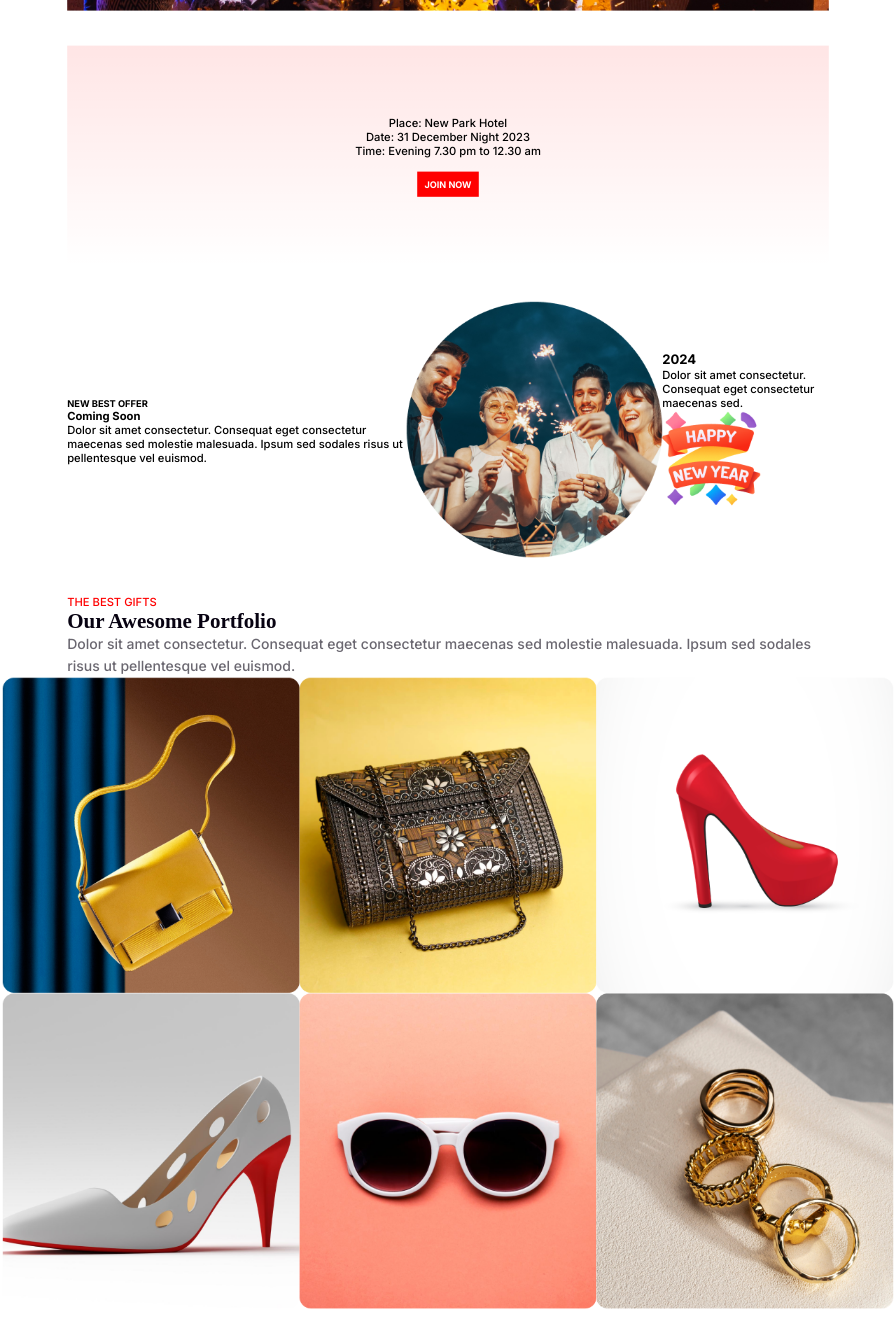
Repository: sumonkumarsarkar/new-year-2024
Page: index.html
These files come from the project's save history. The page is drawn as it stood at one moment and after the next save; the edit follows.
The browser window is 1280 px wide. The pictures show the part of the page from y = 2003 to 3923 px (the page is 3923 px tall before and 3721 px after), at 70% of full size.

Above is the page before, as saved 2024-01-08 13:19:22.

### index.html
<!DOCTYPE html>
<html lang="en">
  <head>
    <meta charset="UTF-8" />
    <meta name="viewport" content="width=device-width, initial-scale=1.0" />
    <title>Happy Nwe Year-2024</title>
    <link rel="preconnect" href="https://fonts.googleapis.com" />
    <link rel="preconnect" href="https://fonts.gstatic.com" crossorigin />
    <link
      href="https://fonts.googleapis.com/css2?family=Inter:wght@100;200;300;500;600;700&display=swap"
      rel="stylesheet"
    />
    <link rel="stylesheet" href="/style.css" />
  </head>
  <body>
    <!-- banner-section start  -->
    <header>
      <div class="container banner">
        <div class="heading-text">
          <h4>Happy New Year</h4>
          <h3>New Year Party Celebration</h3>
        </div>
      </div>
    </header>
    <!-- banner-section end  -->

    <!-- holiday deal start  -->
    <section id="holiday-deal">
      <div class="container-holiday">
        <div class="holiday-text">
          <h2>65% OFF</h2>
          <p>OUR HOLIDAY DEALS ARE BETTER</p>
          <h4>ALL CATEGORIES</h4>
        </div>
        <div class="holiday-img">
          <img src="./image/New Year Photo.png" alt="" />
        </div>
      </div>
    </section>
    <!-- holiday deal end  -->

    <section id="midnight-section">
      <div class="container midnight-banner">
        <div class="midnight-content">
          <div class="midnight-text">
            <h3>Welcome to midnight party</h3>
            <p>
              Dolor sit amet consectetur. Consequat eget consectetur maecenas
              sed molestie malesuada. Ipsum sed sodales risus ut pellentesque
              vel euismod.
            </p>
            <button type="button">JOIN NOW</button>
          </div>
          <div class="midmight-img">
            <img src="./image/Group 70.png" alt="" />
          </div>
        </div>
      </div>
    </section>

     <!-- park hotel start  -->
<section id="park-hotel">
    <div class="container park-hotel-text">
     <p>Place: New Park Hotel</p>
     <p>Date: 31 December Night 2023</p>
     <p>Time: Evening 7.30 pm to 12.30 am</p>
     <button class="park-hotel-button" type="button">JOIN NOW</button>
    </div>
</section>
 <!-- park hotel end  -->


 <!-- best offer start  -->
 <section id="best-offer">
    <div class="container best-banner">
        <div class="best-offer-text">
            <div class="offer-text">
                <h5>NEW BEST OFFER</h5>
                <h4>Coming Soon</h4>
                <p>Dolor sit amet consectetur. Consequat eget consectetur maecenas sed molestie malesuada. Ipsum sed sodales risus ut pellentesque vel euismod. </p>
            </div>
            <div class="offer-img">
                <img src="./image/Ellipse 1.png" alt="">
            </div>
            <div class="offer-text-img">
                <h3>2024</h3>
                <p>Dolor sit amet consectetur. Consequat eget consectetur maecenas sed.</p>
                <img src="./image/Group 96.png" alt="">
            </div>

        </div>
    </div>
 </section>

 <!-- best offer end  -->



 <!-- portfolio section start  -->

<section id="fortfolio">
    <div class="container">
        <div class="protfolio-text-image">
            <div class="protfolio-text">
                   <h5>THE BEST GIFTS</h5>
                   <h4>Our Awesome Portfolio</h4>
                   <p>Dolor sit amet consectetur. Consequat eget consectetur maecenas sed molestie malesuada. Ipsum sed sodales risus ut pellentesque vel euismod. </p>
            </div>
            <div class="protfolio-image">
                <div class="image-div">
                    <img src="./image/Rectangle 3.png" alt="">
                    <img class="mid-img" src="./image/Rectangle 4.png" alt="">
                    <img src="./image/Rectangle 5.png" alt="">
                </div>
                <div class="image-div">
                    <img src="./image/Rectangle 6.png" alt="">
                    <img class="mid-img" src="./image/Rectangle 7.png" alt="">
                    <img src="./image/Rectangle 8.png" alt="">
                </div>
            </div>
        </div>
    </div>
</section>

 <!-- portfolio section end -->



  </body>
</html>

### style.css
* {
    margin: 0;
    padding: 0;
}

body {
    font-family: "Inter", sans-serif;
}

/* banner section end  */
.container {
    max-width: 1140px;
    width: 85%;
    margin: 50px auto;
}

.banner {
    background-image: url(./image/Banner\ Image.png);
    background-position: center;
    background-repeat: no-repeat;
    background-size: cover;
}

.heading-text {
    text-align: center;
    justify-content: center;
    padding: 177px 300px;
}

.heading-text h3 {
    color: #fff;
    text-align: center;
    font-family: Merriweather;
    font-size: 50px;
    font-style: normal;
    font-weight: 900;
}

.heading-text h4 {
    color: #fff;
    text-align: center;
    font-family: Merriweather;
    font-size: 25px;
    font-style: normal;
    font-weight: 400;
    line-height: normal;
}

/* banner section end  */

/* holiday -section start  */
.container-holiday {
    width: 85%;
    max-width: 680px;
    margin: 0 auto;
}

.holiday-text {
    text-align: center;
    justify-content: center;
    padding: 50px 50px;
    margin: 50px;
}

.holiday-text h2 {
    color: #f00;
    text-align: center;
    font-family: Inter;
    font-size: 70px;
    font-style: normal;
    font-weight: 700;
    line-height: normal;
}

.holiday-text p {
    color: #f00;

    text-align: center;
    font-family: Inter;
    font-size: 20px;
    font-style: normal;
    font-weight: 500;
    line-height: normal;
}

.holiday-text h4 {
    color: #070211;

    text-align: center;
    font-family: Inter;
    font-size: 35px;
    font-style: normal;
    font-weight: 700;
    line-height: normal;
}

.holiday-img {
    text-align: center;
    justify-content: center;
    width: 680px;
    height: 500px;
}

/* holiday -section start  */

/* midnight party start  */

.midnight-banner {
    background-image: url("./image/Vectorrr.png");
    background-position: center;
    background-repeat: no-repeat;
    background-size: cover;
}

.midnight-content {
    display: flex;
    justify-content: space-between;
    align-items: center;
}

.midnight-text {
    padding: 50px 0px 50px 50px;
    align-items: center;
}

.midnight-text h3 {
    align-items: center;
    color: #fff;
    font-family: Merriweather;
    font-size: 80px;
    font-style: normal;
    font-weight: 900;


}

.midnight-text p {
color: rgba(255, 255, 255, 0.80);
font-family: Inter;
font-size: 10px;
font-style: normal;
font-weight: 400;
line-height: 30px;
}

button {
    color: #FFF;
    text-align:center;
    font-family: Inter;
    font-size: 14px;
    font-style:normal;
    font-weight: 400;
    line-height: normal;
    text-transform:uppercase;
    background: #070211;
    border:none;
    padding: 10px 10px;
}

.midmight-img{
    padding:50px 50px ;
}

/* midnight party end */




/* park hotel start */

.park-hotel-text{
 background: linear-gradient(180deg, rgba(255, 0, 0, 0.10) 0%, rgba(255, 0, 0, 0.00) 100%);
 text-align: center;
 margin:0 auto;
 padding: 100px 0px;
}

.park-hotel-button{
color: #FFF;
text-align: center;
font-family: Inter;
font-size: 13px;
font-style: normal;
font-weight: 700;
line-height: normal;
text-transform: uppercase;
background: #f00;
margin-top: 20px;


}
/* park hotel end */


/* best offer start  */

.best-offer-text{
    display: flex;
    justify-content: space-between;
    align-items: center;
}
.best-banner{
    background: #FFF;
    margin-top: 50px;
}


/* best offer end */



/* portfolio section start  */

.protfolio-text h5{
    color: #F00;
font-family: Inter;
font-size: 16px;
font-style: normal;
font-weight: 500;
line-height: normal;
}
.protfolio-text h4{
    color: #070211;
    font-family: Merriweather;
    font-size: 30px;
    font-style: normal;
    font-weight: 900;
    line-height: normal;
    text-transform: capitalize;
}
.protfolio-text p{
color: rgba(7, 2, 17, 0.60);
font-family: Inter;
font-size: 20px;
font-style: normal;
font-weight: 400;
line-height: 32px; /* 160% */
}
.image-div{
    display: flex;
    justify-content:center;
    width: 85%;
    max-width: 1140px;
    margin: 0 auto;


}
.image-div mid-img{

    margin: 0 45px;
}
.image-div img{
   width: 100%;
}


/* portfolio section end  */

After the next save:
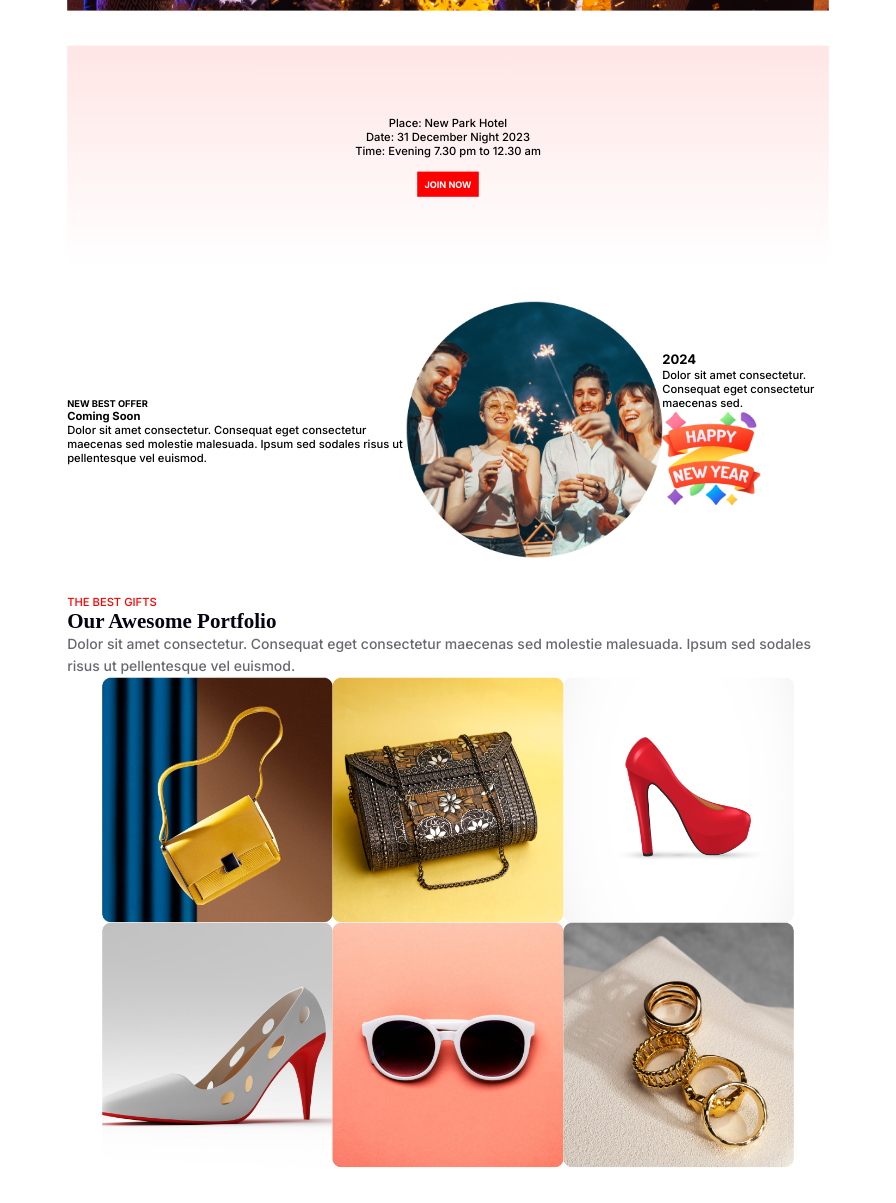
Saved 17 s later.
--- a/style.css
+++ b/style.css
@@ -250,7 +250,8 @@ line-height: 32px; /* 160% */
     margin: 0 45px;
 }
 .image-div img{
-   width: 100%;
+   width:350px;
+   height: 350px;
 }
 
 
